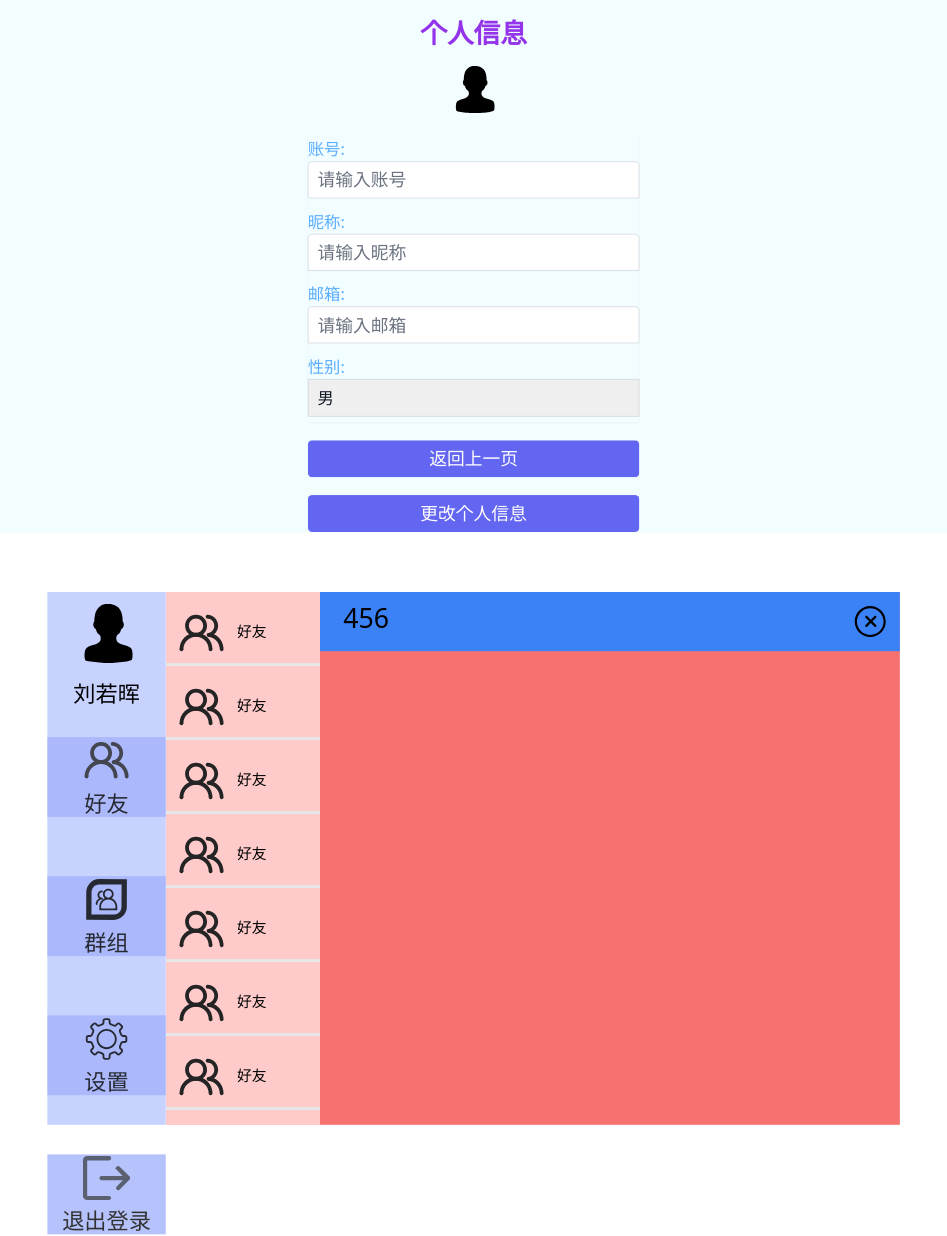
Repository: LiuRuohui/test_the_tailwindcss
Page: /
These files come from the project's save history. The page is drawn as it stood at one moment and after the next save; the edit follows.
The browser window is 1280 px wide. The pictures show the whole page, at 74% of full size.
The project was rebuilt for these pictures with package versions that can differ from the ones it lists, and the page was loaded fresh each time. Also part of the build but not shown: vite.config.js, src/components/WelcomingPage.vue, src/components/HelloWorld.vue.

Above is the page before, as saved 2022-03-14 21:37:17.

After the next save:
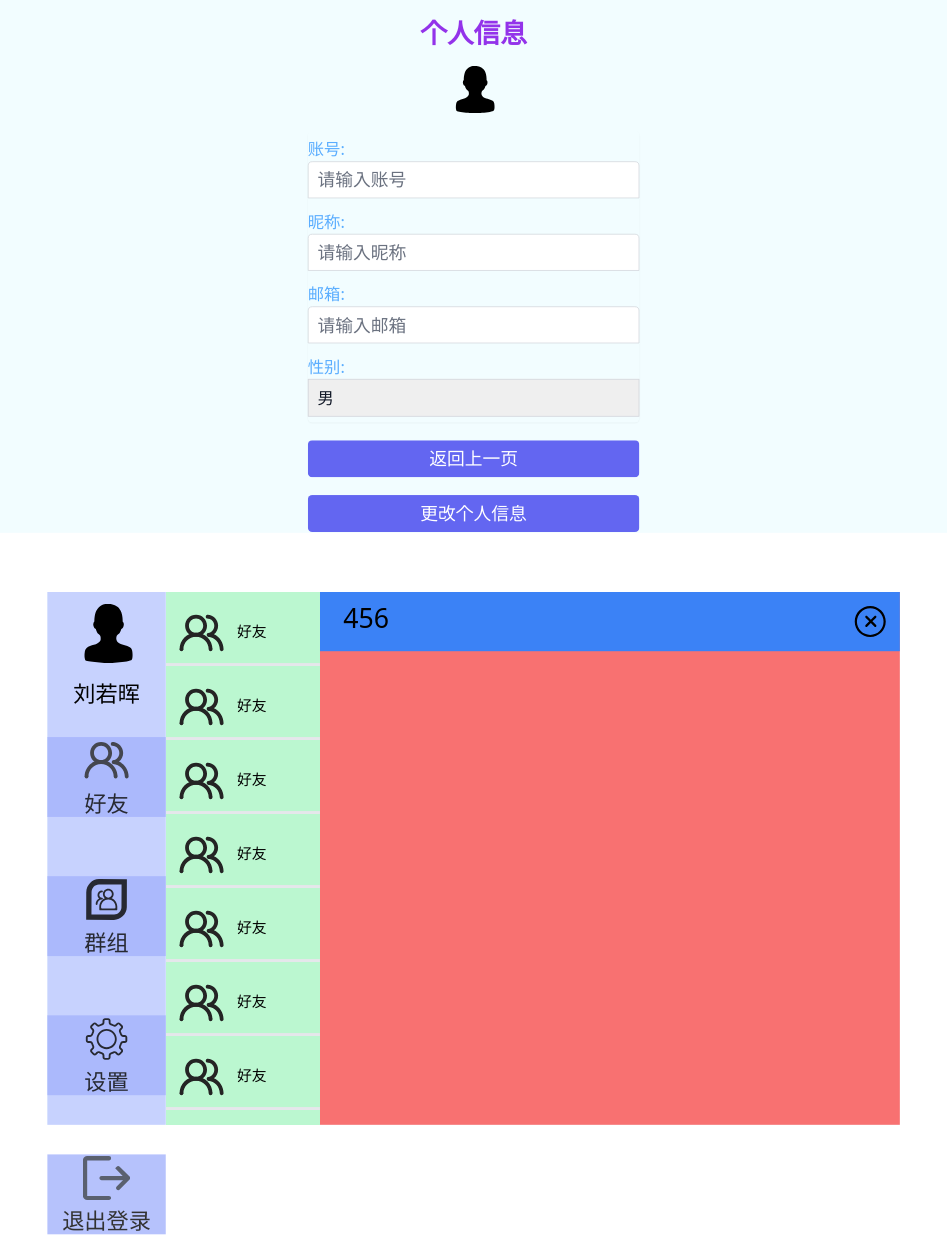
Saved 65 s later.
--- a/src/components/MainPage.vue
+++ b/src/components/MainPage.vue
@@ -27,7 +27,7 @@
         </div>
     </div>
 
-    <div class="sm:basis-52 bg-red-200 overflow-auto">
+    <div class="sm:basis-52 bg-green-200 overflow-auto">
         <div v-for="friend in friends.name" class="my-4 sm:text-xl ">
             <img src="../assets/好友.svg" alt="好友" class="h-16 my-2 ml-4 inline-block">
             <span class="sm:text-xl p-4">好友</span>
